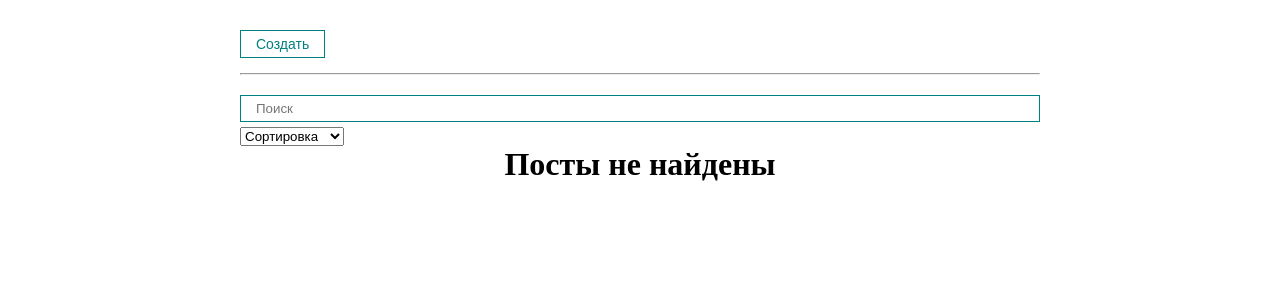
Repository: tsydikov/reactTodo
Page: /
These files come from the project's save history. The page is drawn as it stood at one moment and after the next save; the edit follows.
The browser window is 1280 px wide. The pictures show the whole page.
The project was rebuilt for these pictures with package versions that can differ from the ones it lists, and the page was loaded fresh each time. Also part of the build but not shown: src/components/PostItem.jsx.

Above is the page before, as saved 2021-08-29 18:33:44.

After the next save:
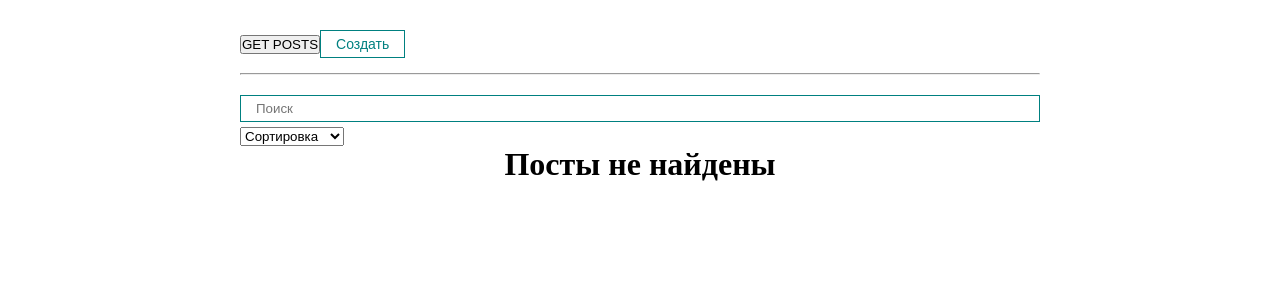
Saved 47 s later.
--- a/src/App.js
+++ b/src/App.js
@@ -30,6 +30,7 @@ function App() {
 
   return (
     <div className="App">
+      <button onClick={fetchedPost} >GET POSTS</button>
       <MyButton style={{ marginTop: 30 }} onClick={() => setModal(true)}>
         Создать
       </MyButton>
